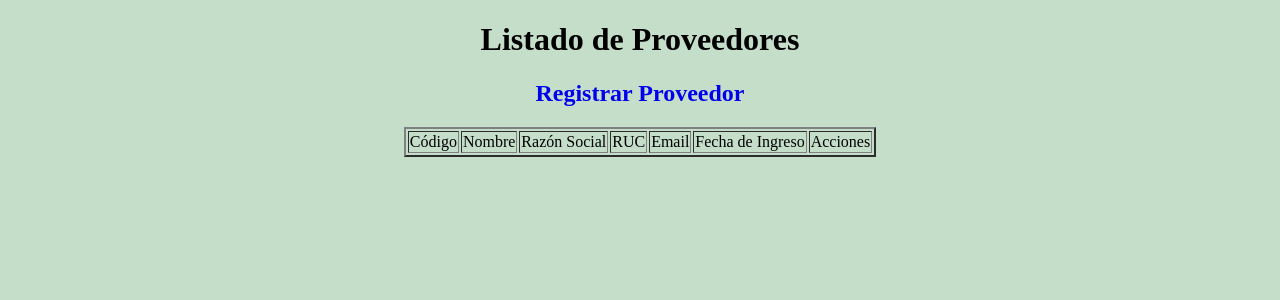
Repository: brian-05/T2
Page: http://localhost/LPII_CL2_ACUNACAMPOSBRIAN/MenuPrincipal.jsp
These files come from the project's save history. The page is drawn as it stood at one moment and after the next save; the edit follows.
The browser window is 1280 px wide. The pictures show the whole page.
The page is served by Tomcat 9. Other server files are loaded and not shown. The template is opened directly, without the code that normally fills it, so the values that code supplies are empty.

Above is the page before, as saved 2025-02-09 09:05:35.

### LPII_CL2_ACUNACAMPOSBRIAN/src/main/webapp/MenuPrincipal.jsp
<%@page import="model.TblProveedorcl2"%>
<%@ page language="java" contentType="text/html; charset=ISO-8859-1"
    pageEncoding="ISO-8859-1"%>
<%@page import="java.util.*" %>

<!DOCTYPE html PUBLIC "-//W3C//DTD HTML 4.01 Transitional//EN" "http://www.w3.org/TR/html4/loose.dtd">
<html>
<head>
<meta http-equiv="Content-Type" content="text/html; charset=ISO-8859-1">
<title>Listado de Proveedores</title>
</head>
<body bgcolor="#c5dec9">
<h1 align="center">Listado de Proveedores</h1>
<h2 align="center">
    <a href="ControladorProveedor?accion=Registrar" style="text-decoration: none">Registrar Proveedor</a>
</h2>
<table align="center" border="2">
    <tr>
        <td>Código</td>
        <td>Nombre</td>
        <td>Razón Social</td>
        <td>RUC</td>
        <td>Email</td>
        <td>Fecha de Ingreso</td>
        <td colspan="2" align="center">Acciones</td>
    </tr>
    <%
    List<TblProveedorcl2> listadoProveedores = (List<TblProveedorcl2>) request.getAttribute("listado");

    if (listadoProveedores != null) {

        for (TblProveedorcl2 prov : listadoProveedores) {
    %>
    <tr>
        <td><%=prov.getIdproveedorcl2()%></td>
        <td><%=prov.getNomproveecl2()%></td>
        <td><%=prov.getRsocialproveecl2()%></td>
        <td><%=prov.getRucproveecl2()%></td>
        <td><%=prov.getEmailproveecl2()%></td>
        <td><%=prov.getFeingproveecl2()%></td>
        <td>
            <a href="ControladorProveedor?accion=Modificar&cod=<%=prov.getIdproveedorcl2()%>"
               style="text-decoration:none">Actualizar</a>
        </td>
        <td>
            <a href="ControladorProveedor?accion=Eliminar&cod=<%=prov.getIdproveedorcl2()%>"
               style="text-decoration:none">Eliminar</a>
        </td>
    </tr>
    <%
        }
    }
    %>
</table>
</body>
</html>

After the next save:
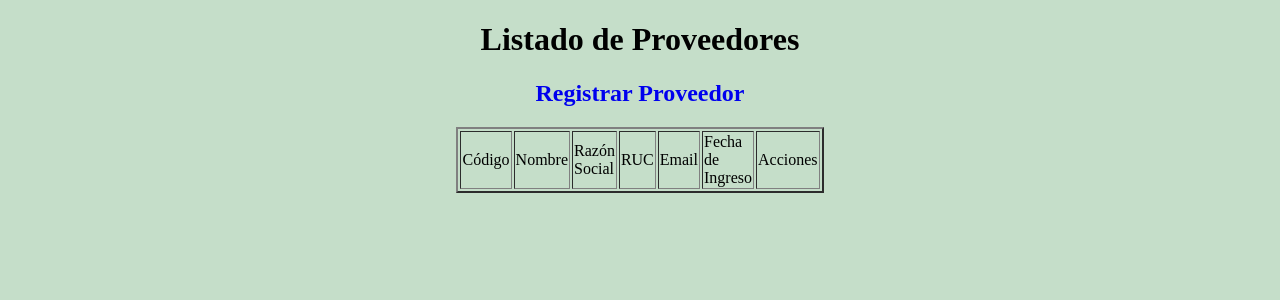
Saved 97 s later.
--- a/LPII_CL2_ACUNACAMPOSBRIAN/src/main/webapp/MenuPrincipal.jsp
+++ b/LPII_CL2_ACUNACAMPOSBRIAN/src/main/webapp/MenuPrincipal.jsp
@@ -14,7 +14,7 @@
 <h2 align="center">
     <a href="ControladorProveedor?accion=Registrar" style="text-decoration: none">Registrar Proveedor</a>
 </h2>
-<table align="center" border="2">
+<table align="center" border="2" width="100vw">
     <tr>
         <td>Código</td>
         <td>Nombre</td>

After the 2 saves that followed:
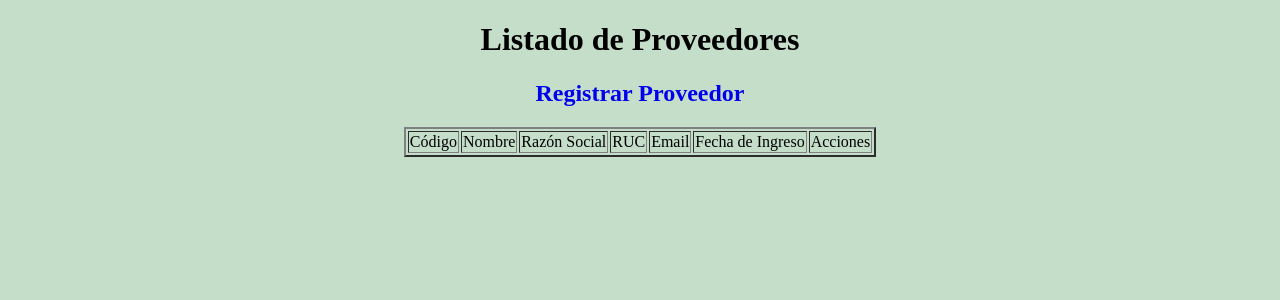
The 2 saves are shown as one change because they came seconds apart.
The last was saved 109 s later.
--- a/LPII_CL2_ACUNACAMPOSBRIAN/src/main/webapp/MenuPrincipal.jsp
+++ b/LPII_CL2_ACUNACAMPOSBRIAN/src/main/webapp/MenuPrincipal.jsp
@@ -14,7 +14,7 @@
 <h2 align="center">
     <a href="ControladorProveedor?accion=Registrar" style="text-decoration: none">Registrar Proveedor</a>
 </h2>
-<table align="center" border="2" width="100vw">
+<table align="center" border="2">
     <tr>
         <td>Código</td>
         <td>Nombre</td>
